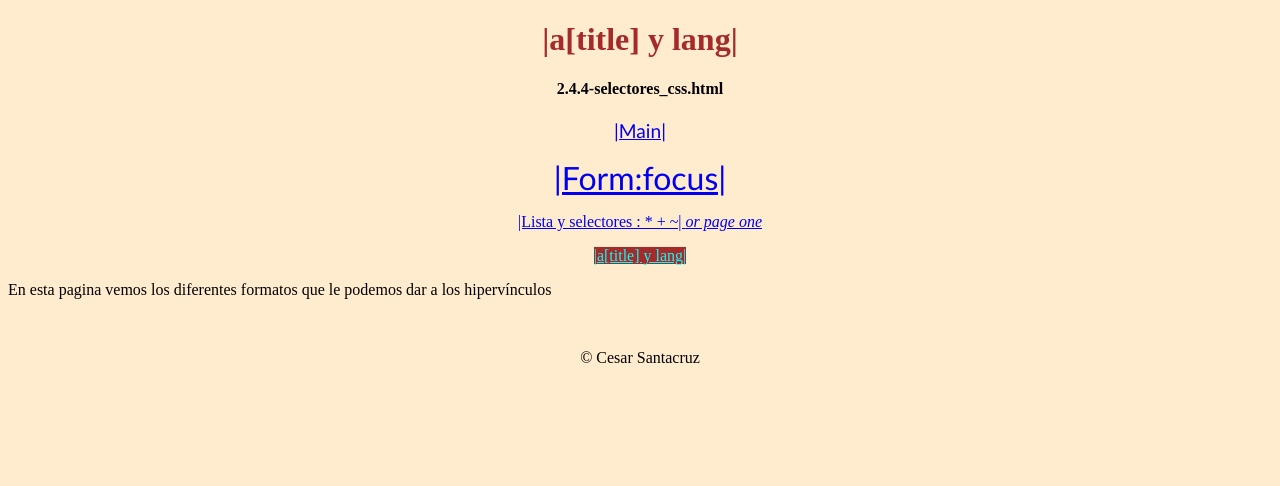
Repository: cesarsant0203/My_Study
Page: Introducción al desarrollo web/2-Css/2.4.4-selectores_css.html
An editor plug-in stored every save of this project. The page is shown before and after the next save, followed by the edit.
The browser window is 1280 px wide. The pictures show the whole page.

Above is the page before, as saved 2020-04-28 19:57:48.

### Introducción al desarrollo web/2-Css/2.4.4-selectores_css.html
<!DOCTYPE html>
<html lang="es">

<head>
    <meta charset="utf-8" />
    <title> Selectores CSS </title>
    <link href="2.4.4-selectores_css.css" rel="stylesheet" />
</head>

<body>

    <h1 id="titulo">|a[title] y lang|</h1>
    <h4>2.4.4-selectores_css.html</h4>
    <section id="mySection" class="box">
        <nav>
            <p>
                <a href="2.4-selectores_css.html" title="Indice">|Main|</a>
            </p>
            <p>
                <a href="2.4.2-selectores_css.html" title="Visitado">|Form:focus|</a>
            </p>
            <p>
                <a href="2.4.3-selectores_css.html" title="Pagina 1">|Lista y selectores : * + ~|
                    <span lang="en"> or page one</span></a>
            </p>
            <p>
                <a href="2.4.4-selectores_css.html" id="top-one">|a[title] y lang|</a>
            </p>
        </nav>
    </section>
    <article>
        <p id="p1">
            En esta pagina vemos los diferentes formatos que le podemos
             dar a los hipervínculos
        </p>
    </article>
    <footer>
        &copy Cesar Santacruz
    </footer>
</body>

</html>

### Introducción al desarrollo web/2-Css/2.4.4-selectores_css.css
/*a[title]{
    font-weight: bold;
}
*/
h1#titulo, h4, section#mySection {
    text-align: center;
}
h1 {
    color: brown;
}
*{
    background-color: blanchedalmond;
}
a[title=Visitado]{
    font-family: 'Gill Sans', 'Gill Sans MT', Calibri, 'Trebuchet MS', sans-serif;
    font-size: xx-large;
}
a[id |=top] {
    background-color: brown;
    color: aqua;
}
a[title~=Indice]{
    font-family: 'Gill Sans', 'Gill Sans MT', Calibri, 'Trebuchet MS', sans-serif;
    font-size: larger;
}
:lang(en){
    font-style: italic;
}
p#pa {
    font-family: Georgia, 'Times New Roman', Times, serif;
    font-size: 2em;

}
footer {
    position: relative;
    margin-top: 50px;
    text-align: center;
    height: 30px;
}

After the next save:
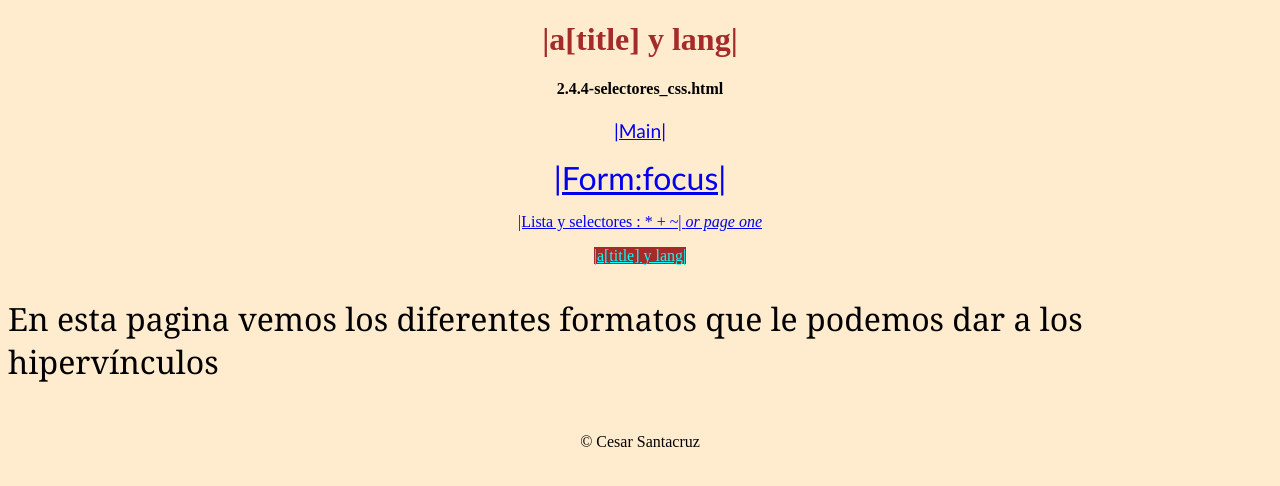
Saved 5 s later.
--- a/Introducción al desarrollo web/2-Css/2.4.4-selectores_css.css
+++ b/Introducción al desarrollo web/2-Css/2.4.4-selectores_css.css
@@ -26,7 +26,7 @@ a[title~=Indice]{
 :lang(en){
     font-style: italic;
 }
-p#pa {
+p#p1 {
     font-family: Georgia, 'Times New Roman', Times, serif;
     font-size: 2em;
 
